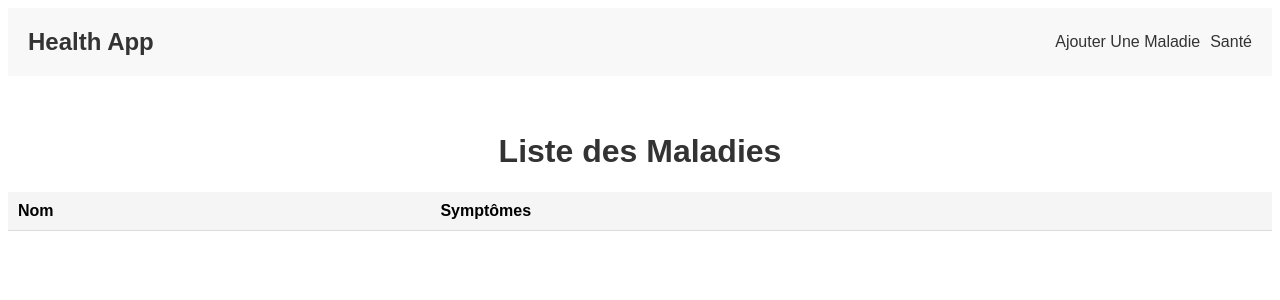
Repository: Sidel-malek/e-sbitar
Page: http://localhost/singup/maladies
The author's editor kept a copy of each file at every save. The page is drawn from the files as they stood at one save, then again after the next save.
The browser window is 1280 px wide. The pictures show the whole page.
The page is served by Tomcat 9. Queries for data that is not in the repository find no rows.

Above is the page before, as saved 2023-06-03 02:59:06.

After the next save:
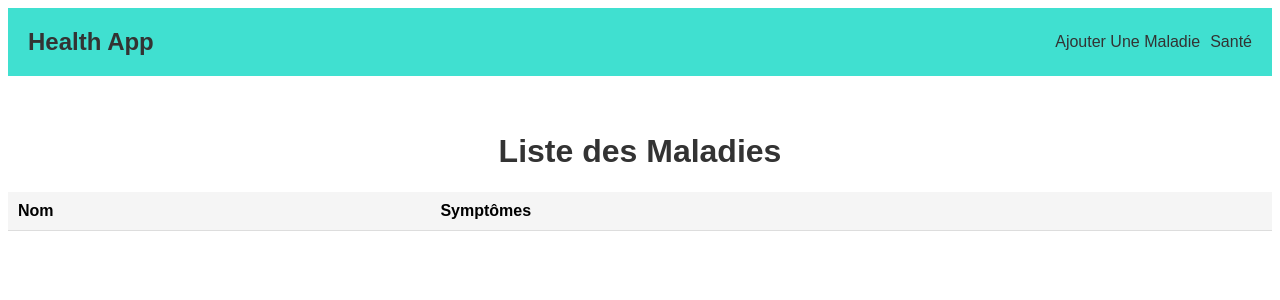
Saved 3 min 3 s later.
--- a/authentification/singup/src/main/webapp/navbar.jsp
+++ b/authentification/singup/src/main/webapp/navbar.jsp
@@ -10,7 +10,7 @@
 
 <style>
     .navbar {
-        background-color: #f8f8f8;
+        background-color: #40E0D0	;
         padding: 20px;
         display: flex;
         justify-content: space-between;
